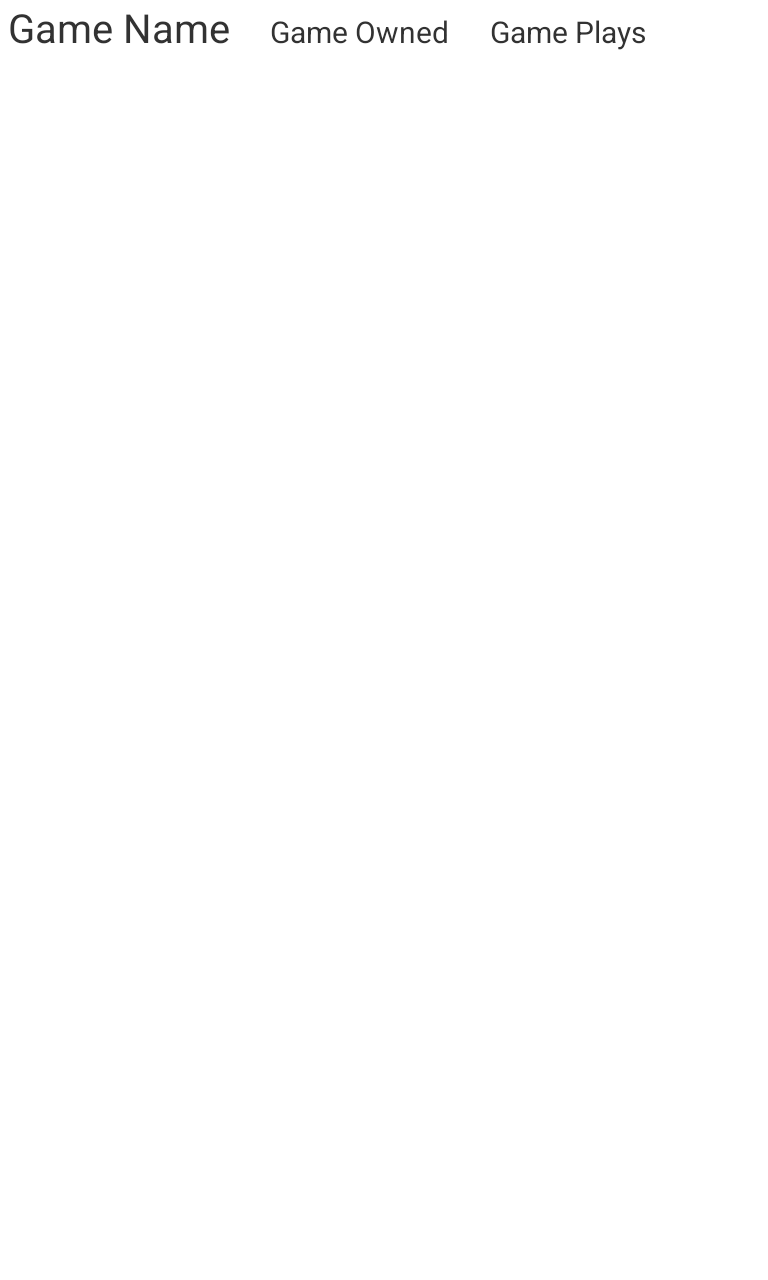
Repository: stewartwinter/bggpersonal
Layout: BGGPersonal/res/layout/collection_item_game.xml
These files come from the project's save history. The layout is drawn as it stood at one moment and after the next save; the edit follows.
It is drawn on a 768 x 1280 px phone screen (xhdpi) without system bars, with theme AppTheme; the app's code is not run.

Above is the layout before, as saved 2014-03-15 05:51:13.

### BGGPersonal/res/layout/collection_item_game.xml
<?xml version="1.0" encoding="utf-8"?>
<LinearLayout xmlns:android="http://schemas.android.com/apk/res/android"
    android:layout_width="match_parent"
    android:layout_height="wrap_content" >

<TextView
    	android:id="@+id/collection_item_game_name"
    	android:layout_width="wrap_content"
    	android:layout_height="wrap_content"
    	android:paddingLeft="4dp"
    	android:paddingRight="10dp"
    	android:text="Game Name"
    	android:textSize="20sp"
    />
<TextView
    	android:id="@+id/collection_item_game_owned"
    	android:layout_width="wrap_content"
    	android:layout_height="wrap_content"
    	android:paddingLeft="10dp"
    	android:paddingRight="10dp"
    	android:text="Game Owned"
    	android:textSize="15sp"
    />
<TextView
    	android:id="@+id/collection_item_game_plays"
    	android:layout_width="wrap_content"
    	android:layout_height="wrap_content"
    	android:paddingLeft="10dp"
    	android:paddingRight="4dp"
    	android:text="Game Plays"
    	android:textSize="15sp"
    	android:gravity="right"
    />
</LinearLayout>

Loaded but not shown: BGGPersonal/res/values/styles.xml (common file); BGGPersonal/res/values-v11/styles.xml (common file); BGGPersonal/res/values-v14/styles.xml (common file)

After the next save:
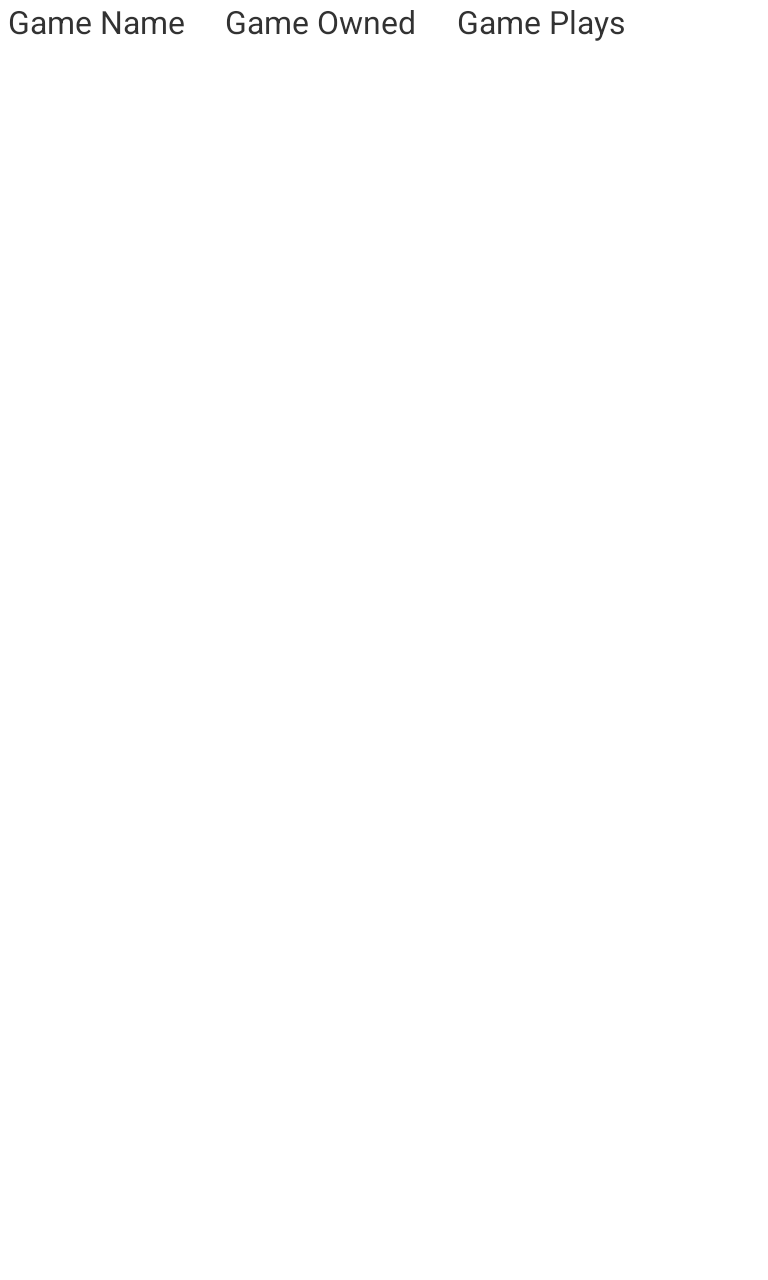
Saved 18 s later.
--- a/BGGPersonal/res/layout/collection_item_game.xml
+++ b/BGGPersonal/res/layout/collection_item_game.xml
@@ -10,7 +10,7 @@
     	android:paddingLeft="4dp"
     	android:paddingRight="10dp"
     	android:text="Game Name"
-    	android:textSize="20sp"
+    	android:textSize="16sp"
     />
 <TextView
     	android:id="@+id/collection_item_game_owned"
@@ -19,7 +19,7 @@
     	android:paddingLeft="10dp"
     	android:paddingRight="10dp"
     	android:text="Game Owned"
-    	android:textSize="15sp"
+    	android:textSize="16sp"
     />
 <TextView
     	android:id="@+id/collection_item_game_plays"
@@ -28,7 +28,7 @@
     	android:paddingLeft="10dp"
     	android:paddingRight="4dp"
     	android:text="Game Plays"
-    	android:textSize="15sp"
+    	android:textSize="16sp"
     	android:gravity="right"
     />
 </LinearLayout>
